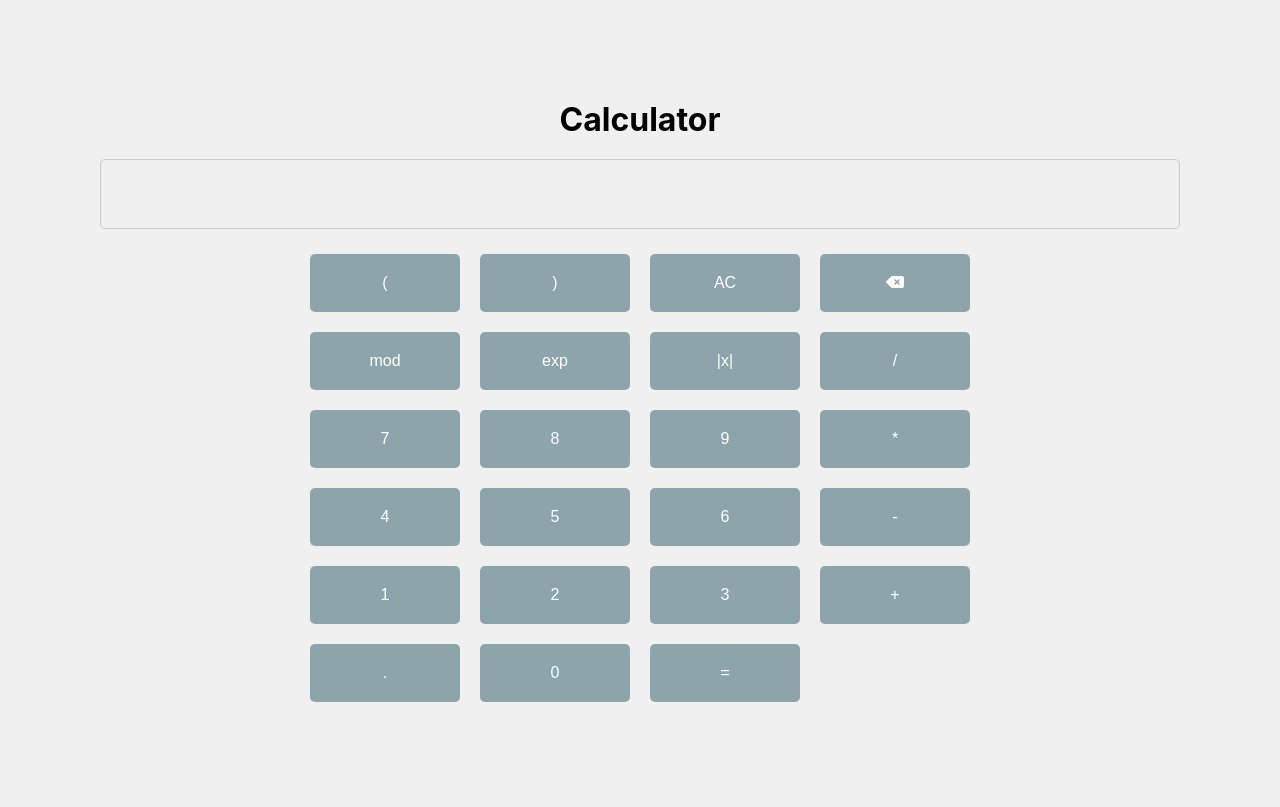
Repository: thesaherriaz/Calculator-React
Page: /
These files come from the project's save history. The page is drawn as it stood at one moment and after the next save; the edit follows.
The browser window is 1280 px wide. The pictures show the whole page.
The project was rebuilt for these pictures with package versions that can differ from the ones it lists, and the page was loaded fresh each time.

Above is the page before, as saved 2025-06-20 12:29:03.

### public/index.html
<!DOCTYPE html>
<html lang="en">
  <head>
    <meta charset="utf-8" />
    <link rel="icon" href="%PUBLIC_URL%/favicon.ico" />
    <meta name="viewport" content="width=device-width, initial-scale=1" />
    <meta name="theme-color" content="#000000" />
    <meta
      name="description"
      content="Web site created using create-react-app"
    />
    <link rel="apple-touch-icon" href="%PUBLIC_URL%/logo192.png" />
    <link rel="stylesheet" href="https://cdnjs.cloudflare.com/ajax/libs/font-awesome/6.0.0/css/all.min.css">
    <!--
      manifest.json provides metadata used when your web app is installed on a
      user's mobile device or desktop. See https://developers.google.com/web/fundamentals/web-app-manifest/
    -->
    <link rel="manifest" href="%PUBLIC_URL%/manifest.json" />
    <!--
      Notice the use of %PUBLIC_URL% in the tags above.
      It will be replaced with the URL of the `public` folder during the build.
      Only files inside the `public` folder can be referenced from the HTML.

      Unlike "/favicon.ico" or "favicon.ico", "%PUBLIC_URL%/favicon.ico" will
      work correctly both with client-side routing and a non-root public URL.
      Learn how to configure a non-root public URL by running `npm run build`.
    -->
    <title>React App</title>
  </head>
  <body>
    <noscript>You need to enable JavaScript to run this app.</noscript>
    <div id="root"></div>
    <!--
      This HTML file is a template.
      If you open it directly in the browser, you will see an empty page.

      You can add webfonts, meta tags, or analytics to this file.
      The build step will place the bundled scripts into the <body> tag.

      To begin the development, run `npm start` or `yarn start`.
      To create a production bundle, use `npm run build` or `yarn build`.
    -->
  </body>
</html>

### src/App.js
import React from 'react'
import Calculator from './compnents/Calculator'

function App() {
  return (
    <Calculator />
  )
}

export default App

### src/compnents/Calculator.jsx
import React from 'react'
import './Calculator.css'
import { useState } from 'react'

function Calculator() {
    const [input, setInput] = useState('');
    const [result, setResult] = useState('');
    const handleClick = (value) => {
        return () => {
            const input = document.getElementById('input');
            if (value === 'AC') {
                setInput('');
            } else if (value === 'DEL') {
                setInput(input.value.slice(0, -1));
            } else if (value === '=') {
                try {
                    setResult(eval(input));
                    setInput('');
                } catch (error) {
                    setInput('Error');
                }
            } else {
                setInput(input + value);
            }
        };
    }
  return (
    <>
        <div className="Calculator">
            <h1>Calculator</h1>
            <div className="input">{input}</div>
            <div className="result">{result}</div>
            <div className="buttons">
                <button className='btn-cal'onClick={handleClick('(')}>(</button>
                <button className='btn-cal'onClick={handleClick(')')}>)</button>
                <button className='btn-cal'onClick={handleClick('AC')}>AC</button>
                <button className='btn-cal'onClick={handleClick('DEL')}><i class="fa-solid fa-delete-left"></i></button>
                <button className='btn-cal'onClick={handleClick('mod')}>mod</button>
                <button className='btn-cal'onClick={handleClick('exp')}>exp</button>
                <button className='btn-cal'onClick={handleClick('|x|')}>|x|</button>
                <button className='btn-cal'onClick={handleClick('/')}>/</button>
                <button className='btn-cal'onClick={handleClick('7')}>7</button>
                <button className='btn-cal'onClick={handleClick('8')}>8</button>
                <button className='btn-cal'onClick={handleClick('9')}>9</button>
                <button className='btn-cal'onClick={handleClick('*')}>*</button>
                <button className='btn-cal'onClick={handleClick('4')}>4</button>
                <button className='btn-cal'onClick={handleClick('5')}>5</button>
                <button className='btn-cal'onClick={handleClick('6')}>6</button>
                <button className='btn-cal'onClick={handleClick('-')}>-</button>
                <button className='btn-cal'onClick={handleClick('1')}>1</button>
                <button className='btn-cal'onClick={handleClick('2')}>2</button>
                <button className='btn-cal'onClick={handleClick('3')}>3</button>
                <button className='btn-cal'onClick={handleClick('+')}>+</button>
                <button className='btn-cal'onClick={handleClick('.')}>.</button>
                <button className='btn-cal'onClick={handleClick('0')}>0</button>
                <button className='btn-cal'onClick={handleClick('=')}>=</button>
                {/* <button className='btn-cal'onClick={handleClick('=')}>=</button> */}
            </div>
        </div>
    </>
  )
}

export default Calculator

### src/compnents/Calculator.css
*{
    box-sizing: border-box;
    margin: 0;
    padding: 0;

}
.Calculator {
  display: flex;
  flex-direction: column;
  align-items: center;
  justify-content: center;
  /* height: 100vh; */
  background-color: #f0f0f0;
  padding: 100px;
}
.buttons {
  display: grid;
  grid-template-columns: repeat(4, 1fr);
  gap: 10px;
}
.btn-cal{
  background-color: #8ea4ab;
  width: 150px;
  color: white;
  border: none;
  padding: 20px;
  font-size: 16px;
  cursor: pointer;
  border-radius: 5px;
  margin: 5px;
  transition: background-color 0.3s ease;
}

.input {
  width: 100%;
  min-height: 70px;
  padding: 10px;
  font-size: 16px;
  border: 1px solid #ccc;
  border-radius: 5px;
  margin: 20px;
}

Loaded but not shown: src/index.js (common file); src/index.css (common file); src/reportWebVitals.js (common file)

After the next save:
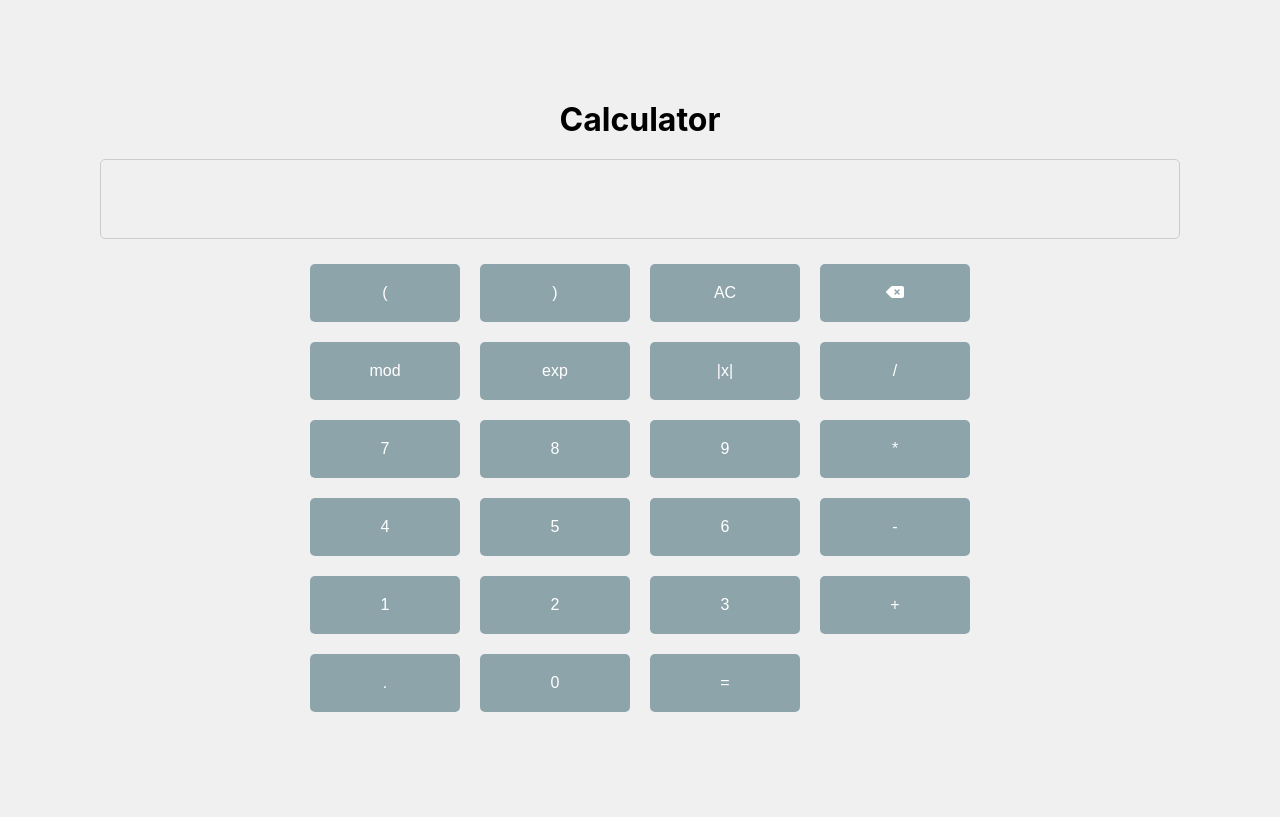
Saved 32 s later.
--- a/src/compnents/Calculator.css
+++ b/src/compnents/Calculator.css
@@ -33,7 +33,7 @@
 
 .input {
   width: 100%;
-  min-height: 70px;
+  min-height: 80px;
   padding: 10px;
   font-size: 16px;
   border: 1px solid #ccc;
